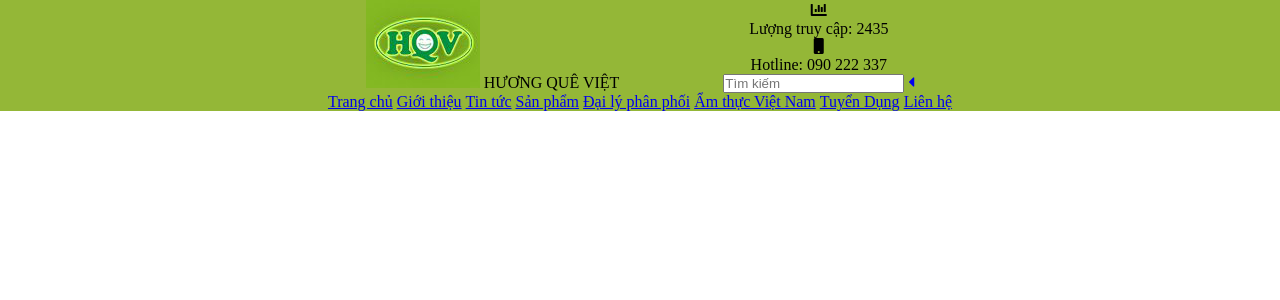
Repository: NgocTruong0701/Self_Learning
Page: html/practice/Baitapweb/index.html
These files come from the project's save history. The page is drawn as it stood at one moment and after the next save; the edit follows.
The browser window is 1280 px wide. The pictures show the whole page.

Above is the page before, as saved 2021-10-06 16:42:36.

After the next save:
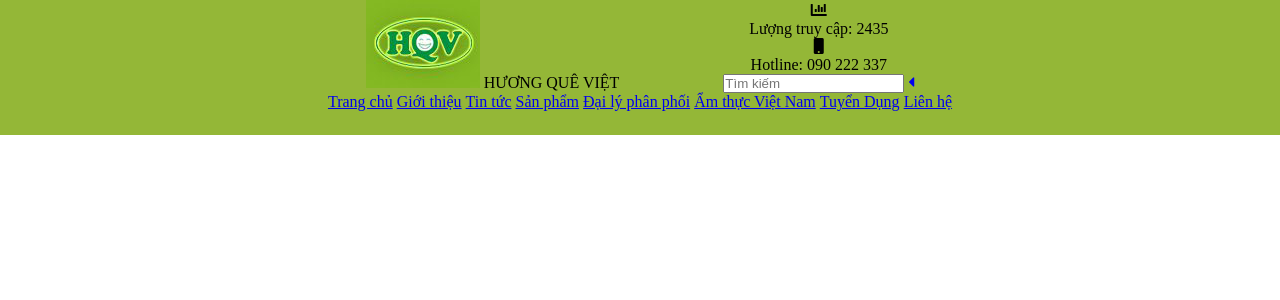
Saved 31 s later.
--- a/html/practice/Baitapweb/assets/css/styles.css
+++ b/html/practice/Baitapweb/assets/css/styles.css
@@ -10,6 +10,7 @@ header{
     background-color: #94b737;
     text-align: center;
     width: 100%;
+    height: 135px;
 }
 
 .logo{
